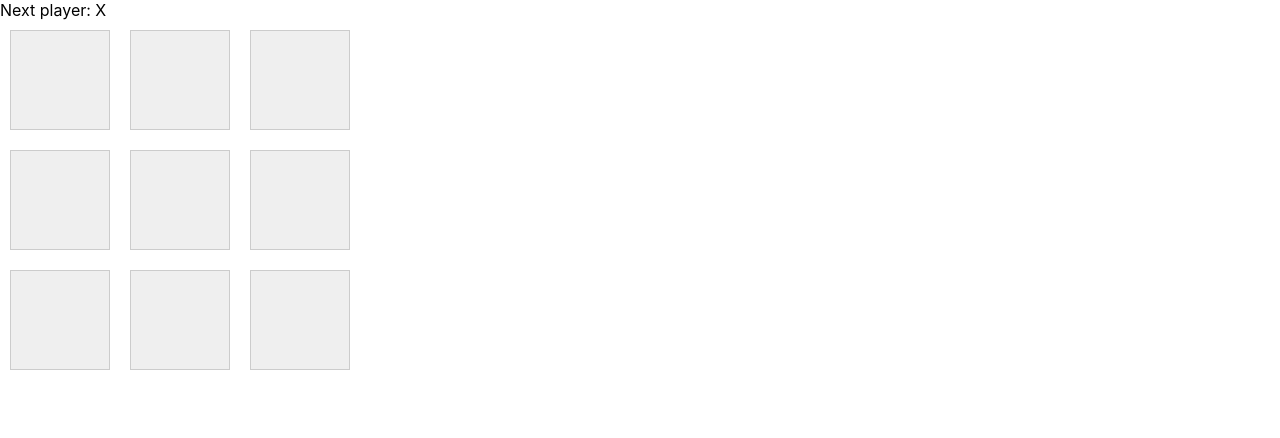
Repository: sedat-akdogan/React_Revision
Page: / (app in tic-tac-toe/)
The author's editor kept a copy of each file at every save. The page is drawn from the files as they stood at one save, then again after a run of saves.
The browser window is 1280 px wide. The pictures show the whole page.
The project was rebuilt for these pictures with package versions that can differ from the ones it lists, and the page was loaded fresh each time.

Above is the page before, as saved 2023-05-13 00:36:58.

After the next 2 saves:
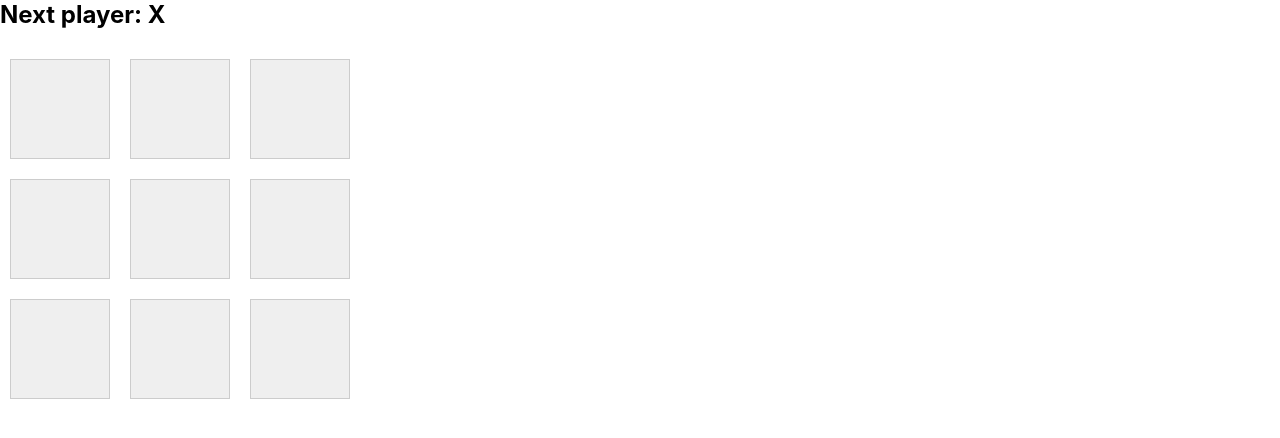
The 2 saves are shown as one change because they came seconds apart.
The last was saved 63 s later.
--- a/tic-tac-toe/src/index.css
+++ b/tic-tac-toe/src/index.css
@@ -33,3 +33,9 @@ code {
 .board-row:last-child .square {
     margin-bottom: 0;
 }
+
+.status {
+    font-size: 24px;
+    margin-bottom: 20px;
+    font-weight: bold;
+  }
